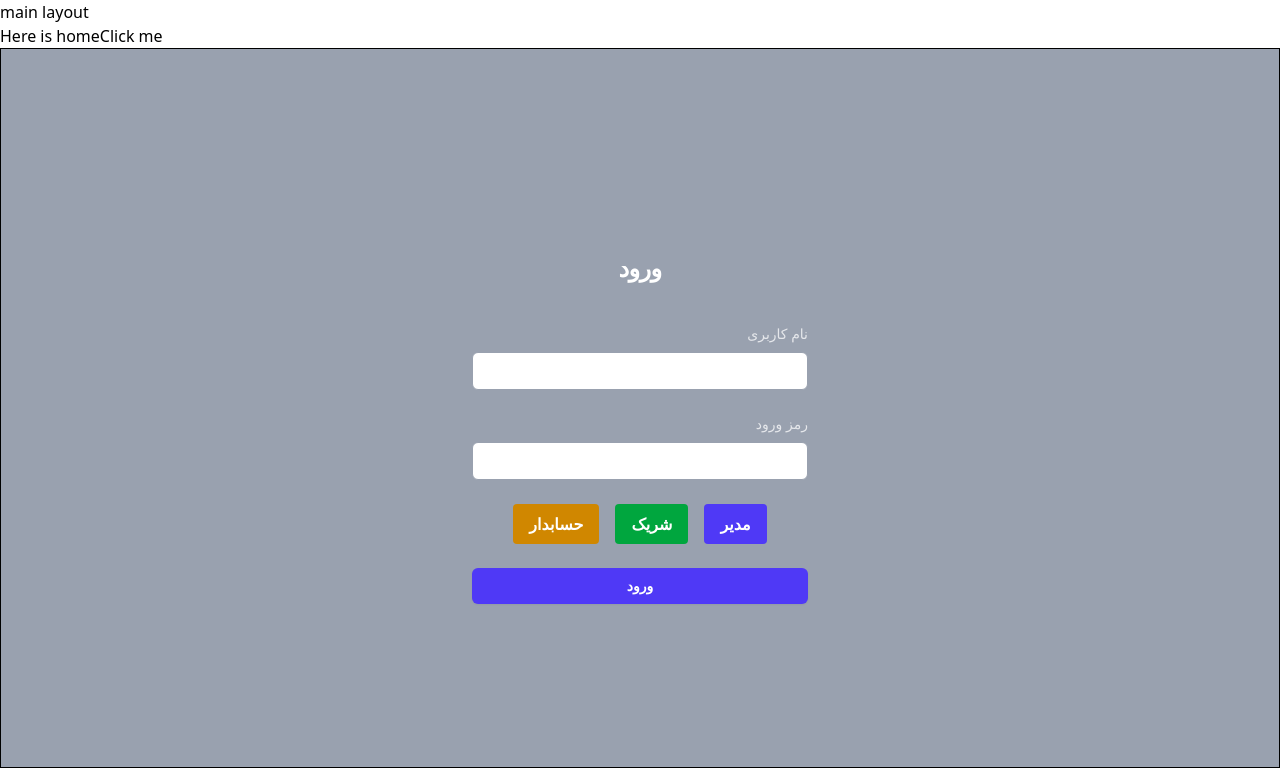
Repository: fuad303/karokhy-frontend
Page: /
An editor plug-in stored every save of this project. The page is shown before and after the next save, followed by the edit.
The browser window is 1280 px wide. The pictures show the whole page.
The project was rebuilt for these pictures with package versions that can differ from the ones it lists, and the page was loaded fresh each time. Also part of the build but not shown: vite.config.ts, src/layouts/AuthLayout.tsx.

Above is the page before, as saved 2025-12-08 12:53:26.

After the next save:
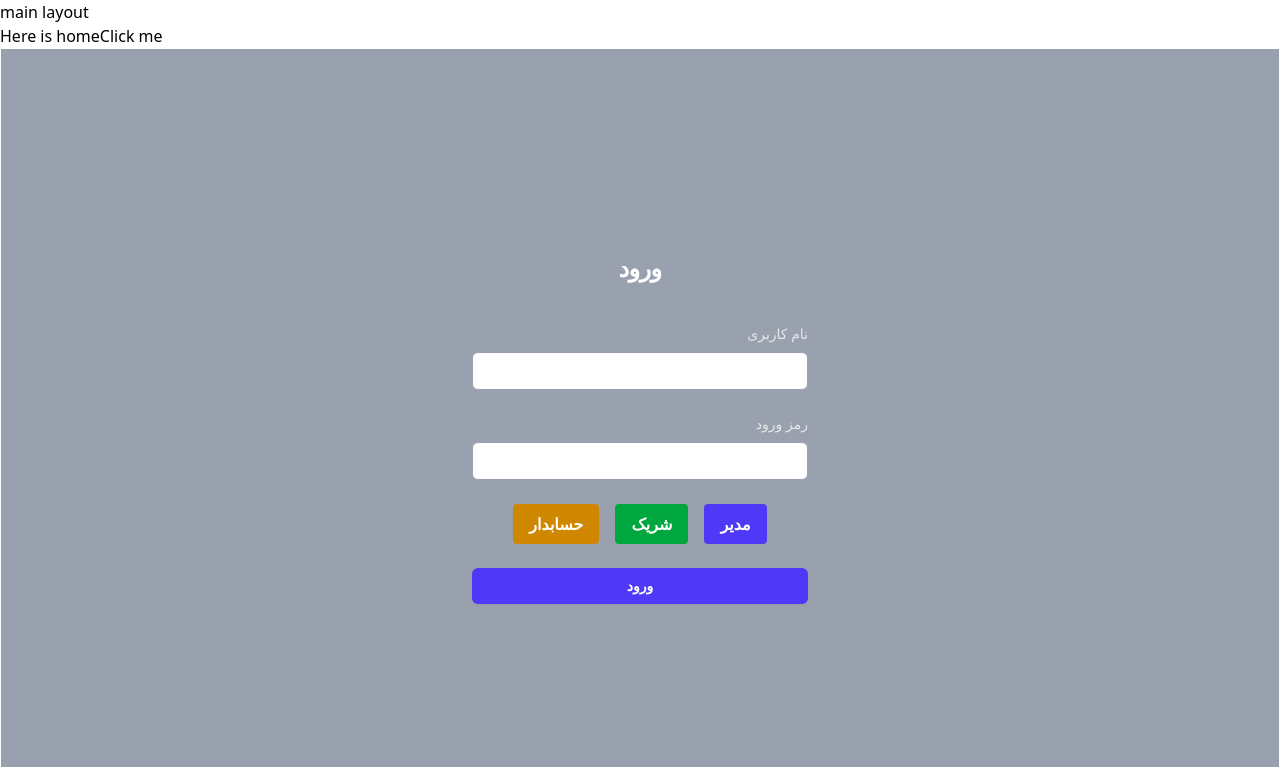
Saved 6 s later.
--- a/src/components/LoginPage.tsx
+++ b/src/components/LoginPage.tsx
@@ -3,7 +3,7 @@ import React from "react";
 function LoginPage() {
   return (
     <div
-      className="min-h-screen bg-gray-400 flex items-center justify-center border border-white-300"
+      className="min-h-screen bg-gray-400 flex items-center justify-center border border-white"
       dir="rtl"
     >
       <div className="flex flex-col justify-center px-6 py-12 sm:w-full sm:max-w-sm">
